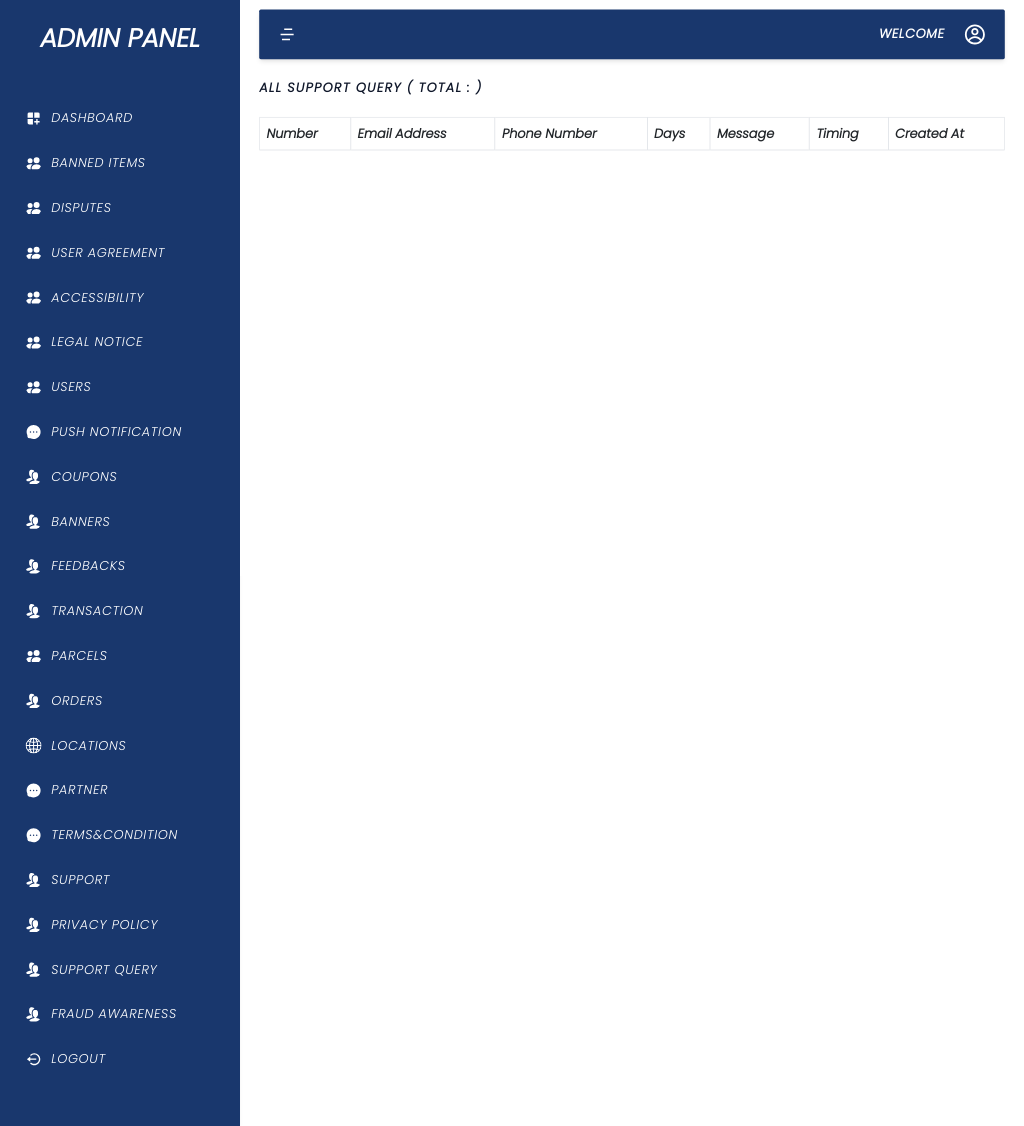
Repository: FlyweisReact/sarita
Page: /supportQuery
The author's editor kept a copy of each file at every save. The page is drawn from the files as they stood at one save, then again after a run of saves.
The browser window is 1280 px wide. The pictures show the whole page, at 80% of full size.
The page's requests for data from a server got no answer. Some web libraries are served in a nearby version. The project was rebuilt for these pictures with package versions that can differ from the ones it lists, and the page was loaded fresh each time. No one was signed in, and anything a server would have sent is missing. Also part of the build but not shown: src/vendorPanel/forms/VendorLogin.jsx, src/vendorPanel/pages/AdminDiscount.js, src/vendorPanel/pages/AdminReview.js, src/vendorPanel/pages/Astrologers.js, src/vendorPanel/pages/Banners.js, src/vendorPanel/pages/Booking.js, src/vendorPanel/pages/Horoscope.js, src/vendorPanel/pages/Kundli.js and 16 more.

Above is the page before, as saved 2023-04-20 12:53:53.

### public/index.html
<!-- @format -->

<!DOCTYPE html>
<html lang="en">
  <head>
    <meta charset="utf-8" />
    <meta name="viewport" content="width=device-width, initial-scale=1" />
    <meta name="theme-color" content="#000000" />
    <meta
      name="description"
      content="Web site created using create-react-app"
    />
    <link rel="apple-touch-icon" href="%PUBLIC_URL%/favicon.ico?v=2" />
    <link rel="manifest" href="%PUBLIC_URL%/manifest.json" />
    <link rel="preconnect" href="https://fonts.googleapis.com">
<link rel="preconnect" href="https://fonts.gstatic.com" crossorigin>
<link href="https://fonts.googleapis.com/css2?family=Roboto+Mono:ital,wght@1,300&display=swap" rel="stylesheet">
    <title>Ship24*7</title>
  </head>
  <body>
    <noscript>You need to enable JavaScript to run this app.</noscript>
    <div id="root"></div>
    <script src="https://code.jquery.com/jquery-3.6.0.min.js"></script>
    <script src="https://kit.fontawesome.com/b533b351e4.js" crossorigin="anonymous"></script>
  </body>
</html>

### src/index.js
import React from "react";
import ReactDOM from "react-dom/client";
import "./index.css";
import App from "./App";
import { BrowserRouter } from "react-router-dom";
import 'bootstrap/dist/css/bootstrap.min.css'

const root = ReactDOM.createRoot(document.getElementById("root"));
root.render(
  <React.StrictMode>
    <BrowserRouter>
      <App />
    </BrowserRouter>
  </React.StrictMode>
);

### src/index.css
/** @format */

@tailwind base;
@tailwind components;
@tailwind utilities;
@import url("https://fonts.googleapis.com/css2?family=Roboto+Mono:ital,wght@1,300&display=swap");
@font-face {
  font-family: Roboto;
  src: url("./Fonts/Poppins-LightItalic.ttf");
}
body {
  margin: 0;
  font-family: Roboto !important;
  -webkit-font-smoothing: antialiased;
  -moz-osx-font-smoothing: grayscale;
}

code {
  font-family: Roboto !important;
}

html {
  font-family: Roboto !important;
}

::-webkit-scrollbar {
  width: 10px;
}
.fa-trash {
  color: red;
  cursor: pointer;
}

.iCOn {

  transition: 0.5s;
  box-shadow: none;
  transform: scale(1);
}
.cardDiv{
  cursor: pointer;
}

.cardDiv:hover .iCOn{
  box-shadow: rgba(0, 0, 0, 0.35) 0px 5px 15px;
  transform: scale(1.3);
}

/* Track */
::-webkit-scrollbar-track {
  background: #f1f1f1;
}

/* Handle */
::-webkit-scrollbar-thumb {
  background: #888;
}

/* Handle on hover */
::-webkit-scrollbar-thumb:hover {
  background: #555;
}
.profileImage {
  width: 100px;
}
.fa-eye {
  color: #029aff;
  cursor: pointer;
}
.fa-edit {
  cursor: pointer;
  color: blue;
}

.View {
  border: 1px solid black;
  width: 100%;
  padding: 10px;
}

.main-card--container {
  display: grid;
  grid-template-columns: repeat(3, minmax(300px, 500px));
  grid-gap: 50px;
  justify-content: space-around;
}
.card-container {
  margin: 25px 0 auto;
  box-shadow: rgba(0, 0, 0, 0.35) 0px 5px 15px;
  position: relative;
  display: grid;
  grid-template-columns: 1fr;
  justify-content: space-around;
  align-items: flex-start;
}

.myEdit:focus {
  box-shadow: rgba(0, 0, 0, 0.35) 0px 5px 15px;
}



.AstroLogin{
  color: #fff;
  background-color: #2b7a8e;
  padding: 10px;
  width: 380px;
  text-align: center;
  font-size: 20px;
  background: linear-gradient(to left, #2b7a8e 50%, #fff 50%) right;
  background-size: 200%;
  transition: 0.5s ease-out;
  border: 1px solid #2b7a8e;
  margin-top: 10px;
  text-transform: uppercase;
}
.AstroLogin:hover {
  background-position: left;
  color: #2b7a8e;
}

.EcommerceAdminLogin{
  color: #fff;
  background-color: #19376d ;
  padding: 10px;
  width: 380px;
  text-align: center;
  font-size: 20px;
  background: linear-gradient(to left, #19376d 50%, #fff 50%) right;
  background-size: 200%;
  transition: 0.5s ease-out;
  border: 1px solid #19376d;
  margin-top: 10px;
  text-transform: uppercase;
}

.EcommerceAdminLogin:hover{
  background-position: left;
  color: #19376d;
}
.EcommerceVendorLogin{
  color: #fff;
  background-color: #576cbc;
  padding: 10px;
  width: 380px;
  text-align: center;
  font-size: 20px;
  background: linear-gradient(to left, #576cbc 50%, #fff 50%) right;
  background-size: 200%;
  transition: 0.5s ease-out;
  border: 1px solid #576cbc;
  margin-top: 10px;
  text-transform: uppercase;
}

.EcommerceVendorLogin:hover{
  background-position: left;
  color: #576cbc;
}

.view{
  background-color: #2196f3;
  color: #fff;
  width: 50%;
  padding: 5px;
}


.two-sec{
display:flex;
justify-content: space-evenly;
  justify-content: space-evenly;
}
.two-sec .left{
  width: 60%;
  background-color: #f6f1ef;
  padding: 20px;
 }
 .two-sec .left .head{
  font-size: 25px;
  font-weight: bold;
 }



.two-sec .right{
  width: 30%;
  background-color: #f6f1ef;
 }

 .searchDiv{
  width: 100%;
  display: flex;
  gap: 10px;
  border: 1px solid rgb(179, 179, 179);
  padding: 10px;
  margin-bottom: 20px;
  align-items: center;
 }
 .searchDiv input {
  width: 94%;
  outline: none;
  border: none;
 }


 li{
  list-style: disc;
 }

### src/App.js
/** @format */

import { Routes, Route } from "react-router-dom";
import { ToastContainer } from "react-toastify";
import "react-toastify/dist/ReactToastify.css";
import VendorLogin from "./vendorPanel/forms/VendorLogin";
import AdminDiscount from "./vendorPanel/pages/AdminDiscount";
import AdminReview from "./vendorPanel/pages/AdminReview";
import Astrologers from "./vendorPanel/pages/Astrologers";
import Banners from "./vendorPanel/pages/Banners";
import Booking from "./vendorPanel/pages/Booking";
import Horoscope from "./vendorPanel/pages/Horoscope";
import Kundli from "./vendorPanel/pages/Kundli";
import Message from "./vendorPanel/pages/Message";
import UploadDocs from "./vendorPanel/pages/UploadDocs";
import Users from "./vendorPanel/pages/Users";
import VendorDashboard from "./vendorPanel/pages/VendorDashboard.jsx";
import AdminUsers from "./vendorPanel/pages/AdminUsers";
import AdminBlogs from "./vendorPanel/pages/AdminBlogs";
import AdminCategory from "./vendorPanel/pages/AdminCategory";
import Support from "./vendorPanel/pages/Support";
import AdminTerms from "./vendorPanel/pages/AdminTerms";
import BannedItems from "./vendorPanel/pages/BannedItems";
import Discpute from "./vendorPanel/pages/Discpute";
import UserAgreement from "./vendorPanel/pages/UserAgreement";
import Accessebility from "./vendorPanel/pages/Accessebility";
import LegalNotice from "./vendorPanel/pages/LegalNotice";
import SupportQuery from "./vendorPanel/pages/SupportQuery";
import FraudAwareness from "./vendorPanel/pages/FraudAwareness";
import Country from "./vendorPanel/pages/Country";

function App() {
  return (
    <>
      <ToastContainer />

      <Routes>
        <Route path="/" element={<VendorLogin />} />
        <Route path="/vendorDashboard" element={<VendorDashboard />} />
        <Route path="/msg" element={<Message />} />
        <Route path="/admin/users" element={<AdminUsers />} />
        <Route path="/AdminDiscount" element={<AdminDiscount />} />
        <Route path="/Banners" element={<Banners />} />
        <Route path="/adminReviews" element={<AdminReview />} />

        <Route path="/admin/blogs" element={<AdminBlogs />} />
        <Route path="/book" element={<Booking />} />

        <Route path="/horo" element={<Horoscope />} />
        <Route path="/astro" element={<Astrologers />} />
        <Route path="/kundli" element={<Kundli />} />



        <Route path="/uploadDocs" element={<UploadDocs />} />
        <Route path="/privacy-policy" element={<Users />} />
        <Route path="/admin/category" element={<AdminCategory />} />
        <Route path="/admin/support" element={<Support />} />
        <Route path="/admin/terms" element={<AdminTerms />} />


        <Route path="/bannedItem" element={<BannedItems />} />
        <Route path="/dispute" element={<Discpute />} />
        <Route path="/userAgreement" element={<UserAgreement />} />
        <Route path="/accssebility" element={<Accessebility />} />
        <Route path="/legalNotice" element={<LegalNotice />} />


        <Route path="/supportQuery" element={<SupportQuery />} />
        <Route path="/fraudAwareness" element={<FraudAwareness />} />
        <Route path="/counrty" element={<Country />} />


      </Routes>
    </>
  );
}

export default App;

### src/vendorPanel/pages/SupportQuery.js
/** @format */

import React, { useCallback, useEffect, useState } from "react";
import HOC from "../layout/HOC";
import {  Table } from "react-bootstrap";
import axios from "axios";

const SupportQuery = () => {
  const [data, setData] = useState([]);

  const token = localStorage.getItem("token");

  const fetchData = useCallback(async () => {
    try {
      const { data } = await axios.get(
        "http://ec2-65-1-248-95.ap-south-1.compute.amazonaws.com:7777/api/v1/supports/admin/technicalsupport",
        {
          headers: {
            Authorization: `Bearer ${token}`,
          },
        }
      );
      setData(data);
    } catch (e) {
      console.log(e);
    }
  }, [token]);

  useEffect(() => {
    fetchData();
  }, [fetchData]);

  return (
    <>
      <section>
        <div className="pb-4 sticky top-0  w-full flex justify-between items-center bg-white">
          <span className="tracking-widest text-slate-900 font-semibold uppercase ">
            All Support Query ( Total : {data?.data?.length} )
          </span>
        </div>

        <Table striped bordered hover>
          <thead>
            <tr>
              <th>Number</th>
              <th>Email Address</th>
              <th>Phone Number</th>
              <th>Days</th>
              <th>Message</th>
              <th>Timing</th>
              <th>Created At</th>
            </tr>
          </thead>
          <tbody>
            {data?.data?.map((i, index) => (
              <tr key={index}>
                <td>#{index + 1} </td>
                <td>{i.gmailAddress}</td>
                <td> {i.phoneNumber} </td>
                <td> {i.days} </td>
                <td> {i.message} </td>
                <td> {i.timing} </td>
                <td> {i.createdAt?.slice(0,10)} </td>
              </tr>
            ))}
          </tbody>
        </Table>
      </section>
    </>
  );
};

export default HOC(SupportQuery);

### src/vendorPanel/layout/HOC.jsx
import React, { useState } from "react";
import Navbar from "./Navbar";
import Sidebar from "./Sidebar";

const HOC = (Wcomponenet) => {
  return function Component() {
    const [hamb, setHamb] = useState(false);
    return (
      <>
        <section className="flex overflow-x-hidden relative">
          {/* Sidebar */}
          <div
            className={
              hamb
                ? " absolute top-0 z-30 md:w-auto shadow-md bg-slate-200  w-60 transition-all md:-left-full left duration-150  h-auto overflow-y-auto  left-0 "
                : " md:w-72 z-30 bg-slate-200  shadow-md  md:static absolute top-0 -left-full   transition-all duration-150  overflow-y-auto h-auto"
            }
            style={{minWidth : '300px'}}
          >
            <Sidebar hamb={hamb} setHamb={setHamb} />
          </div>
          {/* Components & Navbar */}
          <div
            className={
              hamb
                ? " transition-all px-4 py-2  bg-white duration-150 w-full h-screen"
                : " w-full h-screen  px-4 py-2  bg-white z-50 transition-all duration-150 "
            }
          >
            <Navbar hamb={hamb} setHamb={setHamb} />
            <div className="my-6 text-#000 h-[87%] wcomp overflow-y-auto">
              <Wcomponenet />
            </div>
          </div>
        </section>
      </>
    );
  };
};

export default HOC;

### src/vendorPanel/layout/Navbar.jsx
/** @format */

import { RiMenu4Line } from "react-icons/ri";
import { CgProfile } from "react-icons/cg";
import Form from "react-bootstrap/Form";
import { useState } from "react";
import Button from "react-bootstrap/Button";
import Modal from "react-bootstrap/Modal";
import Container from "react-bootstrap/Container";

function MyVerticallyCenteredModal(props) {
  return (
    <Modal
      {...props}
      size="lg"
      aria-labelledby="contained-modal-title-vcenter"
      centered
    >
      <Modal.Header closeButton>
        <Modal.Title id="contained-modal-title-vcenter">
          Edit Profile
        </Modal.Title>
      </Modal.Header>
      <Modal.Body>
        <Container style={{ width: "600px" }}>
          <Form>
            <Form.Group className="mb-3" controlId="formBasicEmail">
              <Form.Label>Name</Form.Label>
              <Form.Control type="text" placeholder="Admin" />
            </Form.Group>
            <Form.Group className="mb-3" controlId="formBasicPassword">
              <Form.Label>Email Address</Form.Label>
              <Form.Control type="email" placeholder="admin@gmail.com" />
            </Form.Group>
            <Form.Group className="mb-3" controlId="formBasicPassword">
              <Form.Label>Password</Form.Label>
              <Form.Control type="password" placeholder="Password" />
            </Form.Group>
            <Button
              style={{ backgroundColor: "#19376d", borderRadius: "0" }}
              type="submit"
            >
              Edit
            </Button>
          </Form>
        </Container>
      </Modal.Body>
    </Modal>
  );
}

const Navbar = ({ hamb, setHamb }) => {
  const [modalShow, setModalShow] = useState(false);

  return (
    <>
      <MyVerticallyCenteredModal
        show={modalShow}
        onHide={() => setModalShow(false)}
      />

      <div
        className={
          hamb
            ? "flex  w-full justify-between  my-1 rounded-sm  p-4 py-3 shadow-md items-center  bg-slate-200 space-x-4"
            : "flex  w-full justify-between my-1 rounded-sm  p-4 py-3 shadow-md items-center  bg-slate-200 space-x-4"
        }
        style={{ backgroundColor: "#19376d" }}
      >
        <RiMenu4Line
          onClick={() => setHamb(!hamb)}
          className="text-2xl font-bold text-gray-900 hover:scale-90 cursor-pointer"
          style={{ color: "#fff" }}
        />

        <section className="flex sm:ml-auto justify-end sm:w-full items-center space-x-2  pr-2">
          <figcaption className="tracking-wider pl-1 font-semibold">
            <div
              className="lg:text-base text-sm text-gray-900  uppercase"
              style={{ color: "#fff" }}
            >
              Welcome
            </div>
          </figcaption>
        </section>

        <CgProfile
          onClick={() => setModalShow(true)}
          className="text-2xl sm:text-3xl font-bold text-[rgb(241,146,46)] cursor-pointer"
          style={{ color: "#fff" }}
        />
      </div>
    </>
  );
};

export default Navbar;

### src/vendorPanel/layout/Sidebar.jsx
/** @format */

import React from "react";
import { RiCloseLine } from "react-icons/ri";
import { Link, useNavigate } from "react-router-dom";
import { BsFillPeopleFill } from "react-icons/bs";
import { ImUsers } from "react-icons/im";
import { BiLogOutCircle } from "react-icons/bi";
import { MdDashboardCustomize } from "react-icons/md";
import { BsGlobe2 } from "react-icons/bs";
import { AiFillMessage } from "react-icons/ai";

const Sidebar = ({ hamb, setHamb }) => {
  const navigate = useNavigate();

  const nav = [
    {
      icon: <MdDashboardCustomize className="text-xl mr-3 rounded-full " />,
      link: "/vendorDashboard",
      name: "DASHBOARD",
    },
    {
      icon: <BsFillPeopleFill className="text-xl mr-3 rounded-full " />,
      link: "/bannedItem",
      name: "Banned Items",
    },

    {
      icon: <BsFillPeopleFill className="text-xl mr-3 rounded-full " />,
      link: "/dispute",
      name: "Disputes",
    },
    {
      icon: <BsFillPeopleFill className="text-xl mr-3 rounded-full " />,
      link: "/userAgreement",
      name: "User Agreement",
    },
    {
      icon: <BsFillPeopleFill className="text-xl mr-3 rounded-full " />,
      link: "/accssebility",
      name: "Accessibility",
    },
    {
      icon: <BsFillPeopleFill className="text-xl mr-3 rounded-full " />,
      link: "/legalNotice",
      name: "Legal Notice",
    },

    {
      icon: <BsFillPeopleFill className="text-xl mr-3 rounded-full " />,
      link: "/admin/users",
      name: "USERS",
    },

    {
      icon: <AiFillMessage className="text-xl mr-3 rounded-full " />,
      link: "/msg",
      name: "Push NOTIFICATION",
    },
    {
      icon: <ImUsers className="text-xl mr-3 rounded-full " />,
      link: "/AdminDiscount",
      name: "COUPONS",
    },
    {
      icon: <ImUsers className="text-xl mr-3 rounded-full " />,
      link: "/Banners",
      name: "BANNERS",
    },
    {
      icon: <ImUsers className="text-xl mr-3 rounded-full " />,
      link: "/adminReviews",
      name: "FEEDBACKS",
    },
    {
      icon: <ImUsers className="text-xl mr-3 rounded-full " />,
      link: "/admin/blogs",
      name: "Transaction",
    },
    {
      icon: <BsFillPeopleFill className="text-xl mr-3 rounded-full " />,
      link: "/astro",
      name: "Parcels",
    },

    {
      icon: <ImUsers className="text-xl mr-3 rounded-full " />,
      link: "/book",
      name: "Orders",
    },

    {
      icon: <BsGlobe2 className="text-xl mr-3 rounded-full " />,
      link: "/horo",
      name: "Locations",
    },
    {
      icon: <AiFillMessage className="text-xl mr-3 rounded-full " />,
      link: "/kundli",
      name: "Partner",
    },

    {
      icon: <AiFillMessage className="text-xl mr-3 rounded-full " />,
      link: "/admin/terms",
      name: "TERMS&CONDITION",
    },
    {
      icon: <ImUsers className="text-xl mr-3 rounded-full " />,
      link: "/admin/support",
      name: "SUPPORT",
    },
    {
      icon: <ImUsers className="text-xl mr-3 rounded-full " />,
      link: "/privacy-policy",
      name: "PRIVACY POLICY",
    },
    {
      icon: <ImUsers className="text-xl mr-3 rounded-full " />,
      link: "/supportQuery",
      name: "support query",
    },
    {
      icon: <ImUsers className="text-xl mr-3 rounded-full " />,
      link: "/fraudAwareness",
      name: "Fraud Awareness",
    },
  ];

  const logOut = () => {
    navigate("/");
  };

  return (
    <>
      <aside
        className="p-4 h-auto"
        style={{ backgroundColor: "#19376d", minHeight: "100vh" }}
      >
        {/* Top */}
        <div className="w-full md:hidden relative  p-2 mb-4">
          <RiCloseLine
            onClick={() => setHamb(!hamb)}
            className="text-3xl  absolute top-2 sm:hover:rotate-[228deg] transition-transform font-bold right-2 sm:hover:text-[22px] text-[rgb(241,146,46)] cursor-pointer"
          />
        </div>{" "}
        <figure className="flex  flex-col items-center">
          <span
            className="font-bold text-[#fff]"
            style={{ fontSize: "2rem", textAlign: "center" }}
          >
            ADMIN PANEL
          </span>
        </figure>
        <nav className="py-6">
          {nav.map((nav) => {
            return (
              <Link
                to={nav.link}
                key={nav.name}
                className=""
                style={{ textDecoration: "none", textTransform: "uppercase" }}
              >
                <span
                  className="flex my-3 items-center cursor-pointer text-gray-900    tracking-wider p-2 rounded-sm"
                  style={{ color: "#fff" }}
                >
                  {nav.icon} {nav.name}
                </span>
              </Link>
            );
          })}

          <span
            className="flex my-3 items-center cursor-pointer text-gray-900    tracking-wider p-2 rounded-sm"
            onClick={() => logOut()}
            style={{ color: "#fff", textTransform: "uppercase" }}
          >
            <BiLogOutCircle className="text-xl mr-3 rounded-full " /> LogOut
          </span>
        </nav>
      </aside>
    </>
  );
};

export default Sidebar;

Loaded but not shown: tailwind.config.js (common file)

After the next 2 saves:
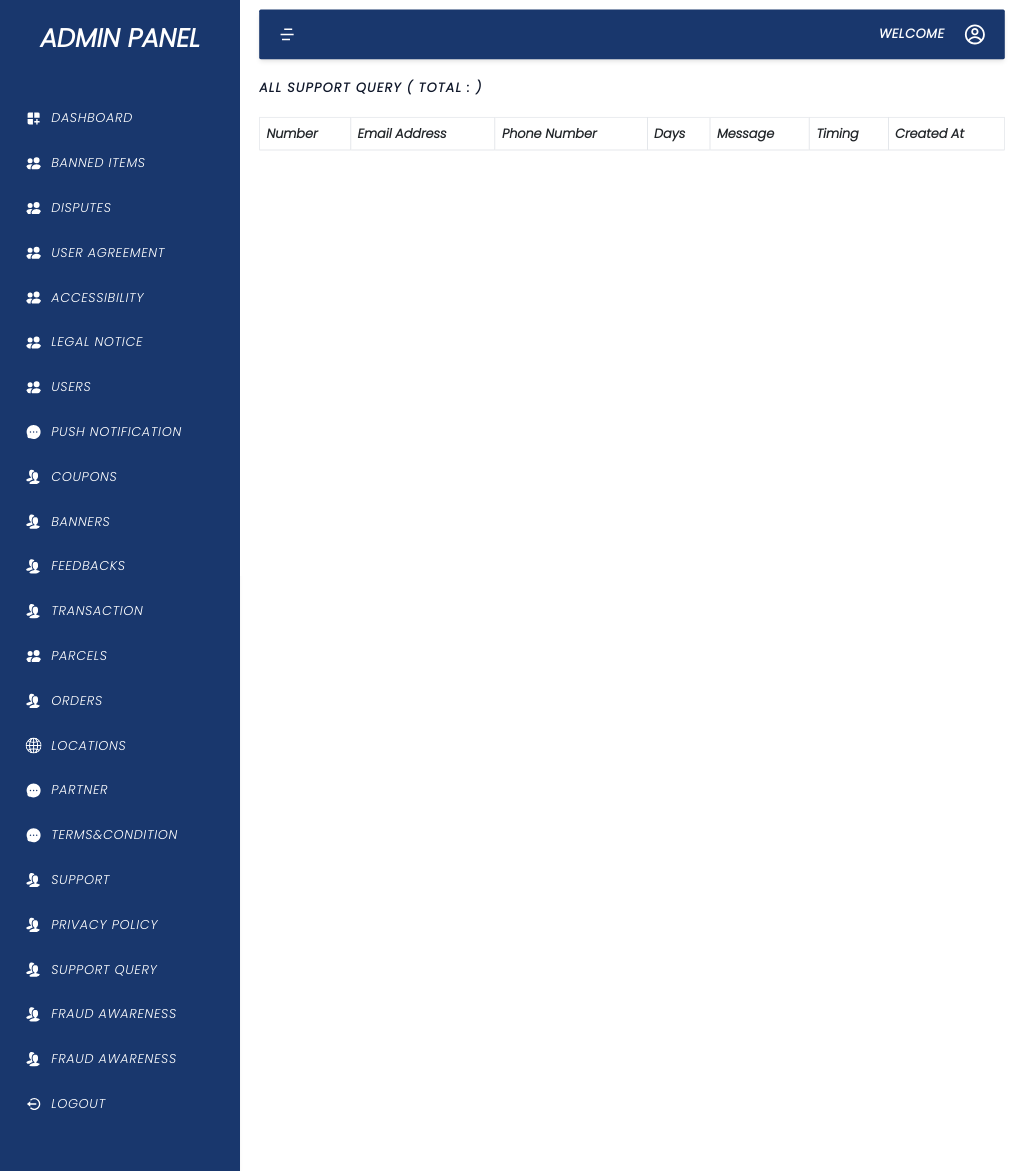
The 2 saves are shown as one change because they came seconds apart.
The last was saved 9 s later.
--- a/src/vendorPanel/layout/Sidebar.jsx
+++ b/src/vendorPanel/layout/Sidebar.jsx
@@ -125,6 +125,11 @@ const Sidebar = ({ hamb, setHamb }) => {
       link: "/fraudAwareness",
       name: "Fraud Awareness",
     },
+    {
+      icon: <ImUsers className="text-xl mr-3 rounded-full " />,
+      link: "/counrty",
+      name: "Fraud Awareness",
+    },
   ];
 
   const logOut = () => {
